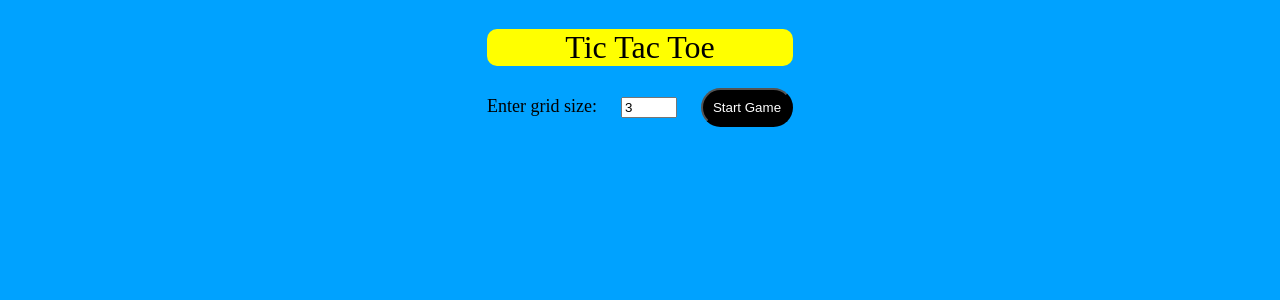
Repository: Shamraiz761/tik_tak_toe_game
Page: index.html
These files come from the project's save history. The page is drawn as it stood at one moment and after the next save; the edit follows.
The browser window is 1280 px wide. The pictures show the whole page.

Above is the page before, as saved 2024-01-09 11:54:52.

### index.html
<!DOCTYPE html>
<html>
  <head>
    <title>Tic Tac Toe</title>
    <link rel="stylesheet" type="text/css" href="styles.css" />
  </head>
  <body>
    <div>
      <h1 class="header">Tic Tac Toe</h1>
      <label class="inputLabel" for="sizeInput">Enter grid size:</label>
      <input type="number" id="sizeInput" min="3" max="10" value="3" />
      <button class="btn" onclick="startGame()">Start Game</button>
<div style="display: flex;justify-content: center;">
      <div id="board" style="margin-top: 20px; "></div>
      </div>


      <div id="status" style="margin-top: 20px; text-align: center;"></div>

    </div>
    <script src="tik_tak.js"></script>
  </body>
</html>

### styles.css
body{
    display: flex;
    justify-content: center;
    align-items: center;
   font-family: ;
    background-color: rgb(0, 162, 255);
}
.header{
    text-align: center;
    background-color: yellow;
    border-radius: 10px;
    font-weight: 500;
}
.cell {
    width: 50px;
    height: 50px;
    border: 2px solid #000;
    display: inline-block;
    text-align: center;
    line-height: 50px;
    font-size: 20px;
    margin-left: 3px;
  }

  .btn{
    background-color: black;
    color: white;
    padding: 10px;
    border-radius: 20px;
    margin-left: 20px;
  }

  .inputLabel{
    font-size: large;
    margin-right: 20px;
    font-weight: 500;
  }

### tik_tak.js
let currentPlayer = 'X';
let boardSize = 3;
let board = [];

function startGame() {
  boardSize = parseInt(document.getElementById("sizeInput").value);
  createBoard();
}

function createBoard() {
  board = [];
  let html = '';
  for (let i = 0; i < boardSize; i++) {
    board.push(Array(boardSize).fill(''));
    for (let j = 0; j < boardSize; j++) {
      html += `<div class="cell" data-row="${i}" data-col="${j}" onclick="cellClick(${i}, ${j})"></div>`;
    }
    html += '<br>';
  }
  document.getElementById("board").innerHTML = html;
  document.getElementById("status").innerHTML = `Player ${currentPlayer}'s turn`;
}

function cellClick(row, col) {
  if (board[row][col] === '') {
    board[row][col] = currentPlayer;
    document.querySelector(`[data-row="${row}"][data-col="${col}"]`).innerText = currentPlayer;

    if (checkWin(row, col)) {
      document.getElementById("status").innerText = `Player ${currentPlayer} wins!`;
    } else if (checkDraw()) {
      document.getElementById("status").innerText = 'It\'s a draw!';
    } else {
      currentPlayer = currentPlayer === 'X' ? 'O' : 'X';
      document.getElementById("status").innerText = `Player ${currentPlayer}'s turn`;
    }
  }
}

function checkWin(row, col) {
  const symbols = ['X', 'O'];
  for (let s of symbols) {
    let win = true;

    for (let i = 0; i < boardSize; i++) {
      if (board[row][i] !== s) {
        win = false;
        break;
      }
    }
    if (win) return true;


    win = true;
    for (let i = 0; i < boardSize; i++) {
      if (board[i][col] !== s) {
        win = false;
        break;
      }
    }
    if (win) return true;


    win = true;
    for (let i = 0; i < boardSize; i++) {
      if (board[i][i] !== s) {
        win = false;
        break;
      }
    }
    if (win) return true;


    win = true;
    for (let i = 0; i < boardSize; i++) {
      if (board[i][boardSize - 1 - i] !== s) {
        win = false;
        break;
      }
    }
    if (win) return true;
  }
  return false;
}

function checkDraw() {
  for (let i = 0; i < boardSize; i++) {
    for (let j = 0; j < boardSize; j++) {
      if (board[i][j] === '') {
        return false;
      }
    }
  }
  return true;
}

After the next save:
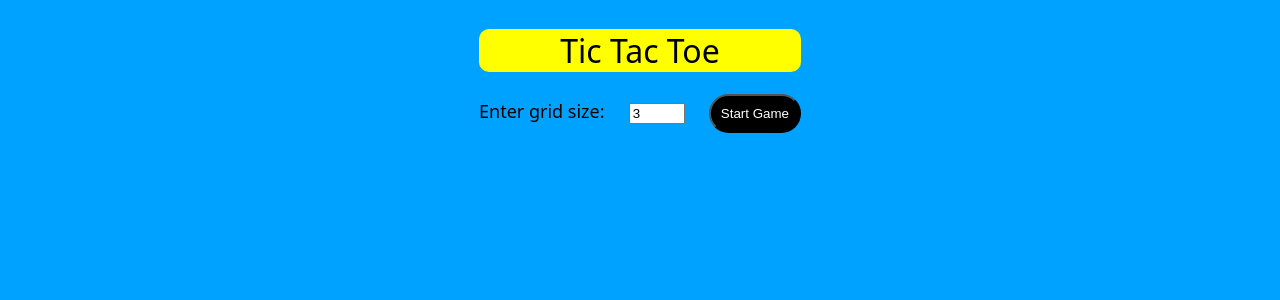
Saved 14 s later.
--- a/styles.css
+++ b/styles.css
@@ -2,7 +2,7 @@ body{
     display: flex;
     justify-content: center;
     align-items: center;
-   font-family: ;
+   font-family: sans;
     background-color: rgb(0, 162, 255);
 }
 .header{
